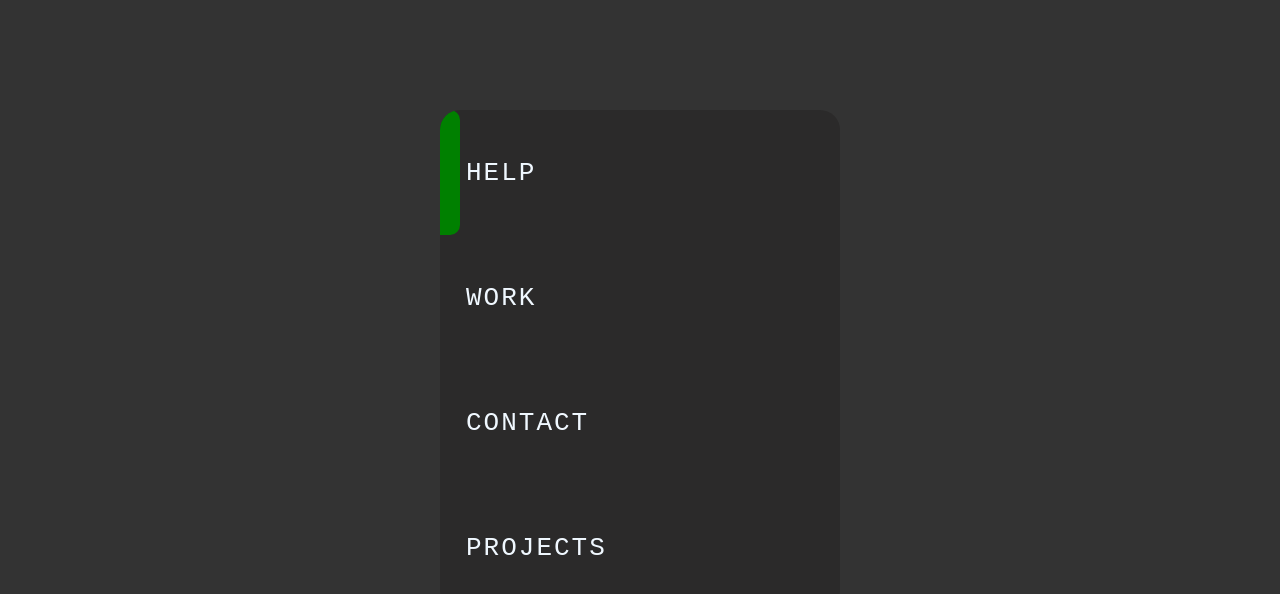
Repository: Rostyk-qq/Projects_Web
Page: menuRanLine/ranLine.html
The author's editor kept a copy of each file at every save. The page is drawn from the files as they stood at one save, then again after the next save.
The browser window is 1280 px wide. The pictures show the whole page.

Above is the page before, as saved 2023-09-30 01:54:47.

After the next save:
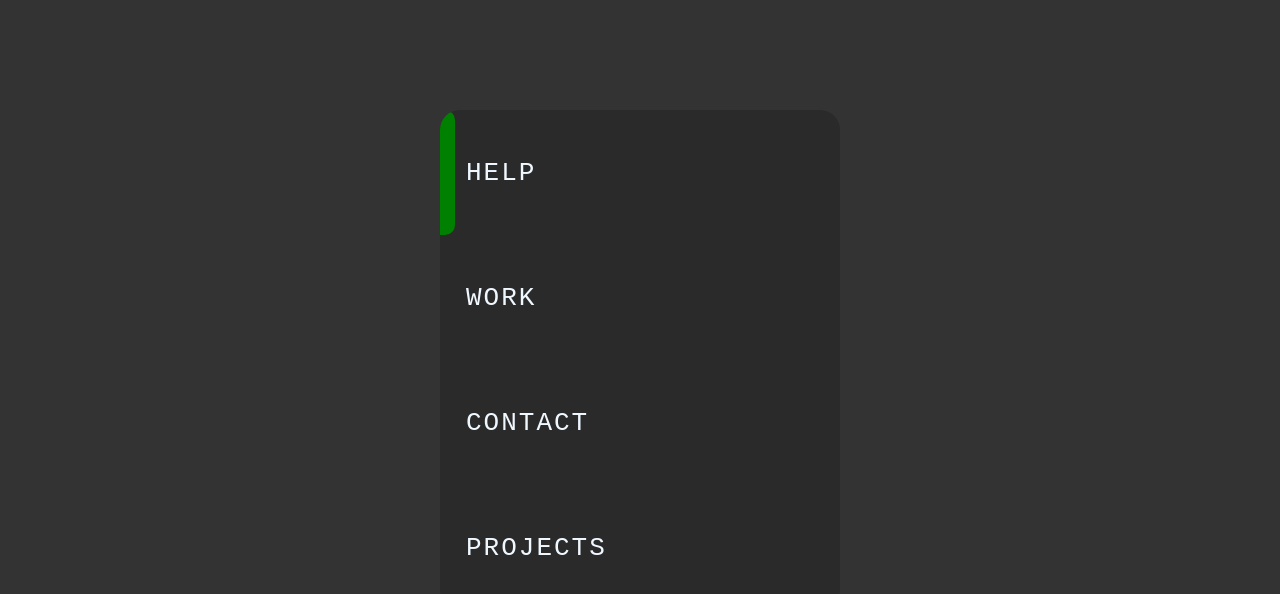
Saved 12 s later.
--- a/menuRanLine/ranLine.css
+++ b/menuRanLine/ranLine.css
@@ -47,7 +47,7 @@ body{
     position: absolute;
     left: 0;
     top: 0;
-    width: 20px;
+    width: 15px;
     height: 100%;
 }
 .line {
